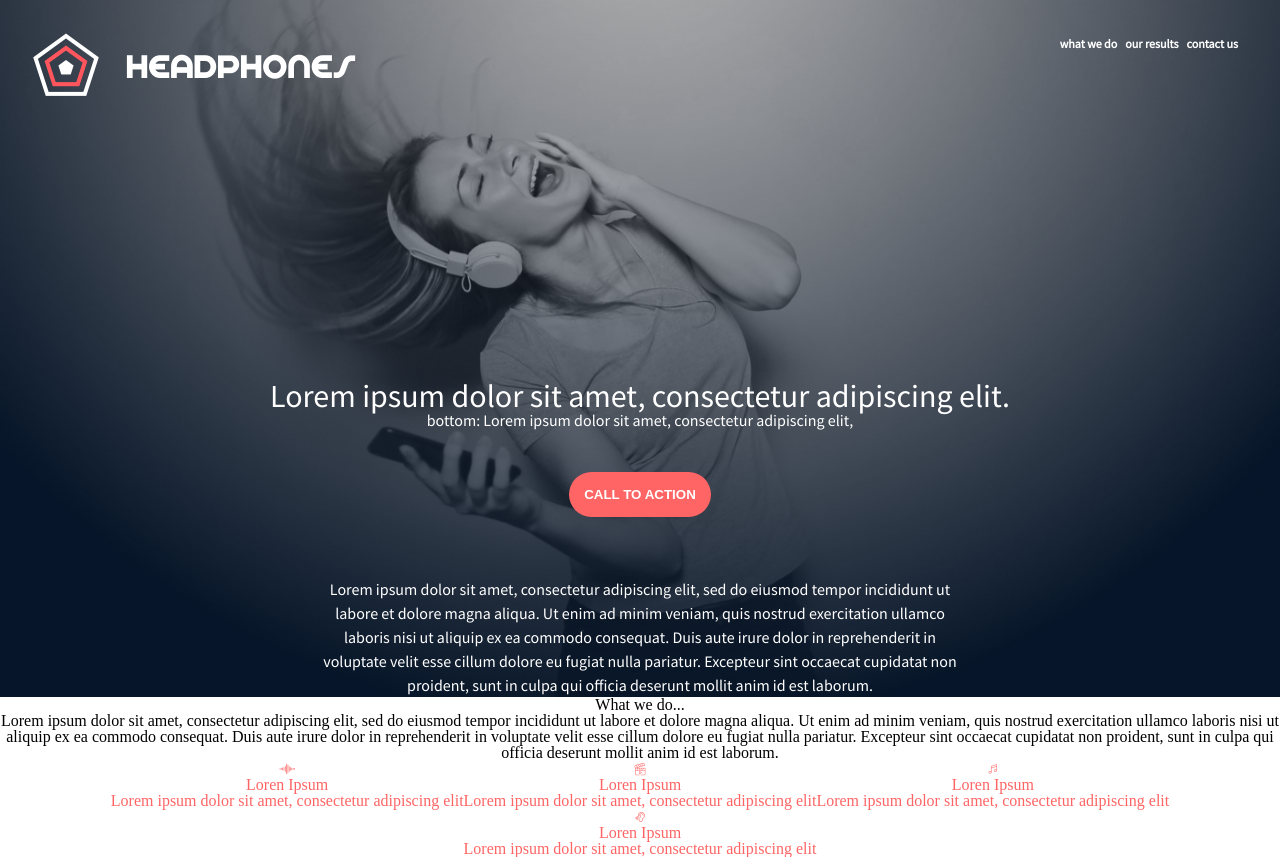
Repository: seleniadelgado/holbertonschool-web_front_end
Page: 0x09-implement_a_design_from_scratch/1-index.html
These files come from the project's save history. The page is drawn as it stood at one moment and after the next save; the edit follows.
The browser window is 1280 px wide. The pictures show the whole page.

Above is the page before, as saved 2020-03-19 15:47:53.

### 0x09-implement_a_design_from_scratch/1-index.html
<!DOCTYPE <!DOCTYPE html>
<head>
    <meta charset="utf-8">
    <title>Headphones</title>
    <meta name="description" content="">
    <meta name="viewport" content="width=device-width, initial-scale=1">
    <link rel="stylesheet" href="1-styles.css">
    <link rel="stylesheet" href="reset.css">
    <link rel="stylesheet" href="./holberton_school-icon/style.css">
    <link href="https://fonts.googleapis.com/css?family=Source+Sans+Pro&display=swap" rel="stylesheet">
</head>
<body>
<!-- nav bar -->
    <header>
        <div class="firstdiv">
            <nav>
                <input type="checkbox" id="menu">
                <label for="menu" id="nav-icon"></label>
                <div class="logo"><img href="active" href="#home"><img src="./images/logo_headphones.png" alt="logo"></a></div>
                <div class="main-nav">
                    <ul class="nav-header">
                        <li><a href="#what-we-do">what we do</a></li>
                        <li><a href="#our-results">our results</a></li>
                        <li><a href="#contact-us">contact us</a></li>
                    </ul>
                </div>
            </nav>
        </div>
<!-- Content -->
        <div class="seconddiv">
            <div class="text">
                <h1>Lorem ipsum dolor sit amet, consectetur adipiscing elit.</h1>
                <p>bottom: Lorem ipsum dolor sit amet, consectetur adipiscing elit, </p>
            </div>
        </div>
        <div class="thirddiv">
        <button id="button">CALL TO ACTION</button>
        <p class="longParagraph">Lorem ipsum dolor sit amet, consectetur adipiscing elit, sed do eiusmod tempor incididunt ut labore et dolore magna aliqua.
            Ut enim ad minim veniam, quis nostrud exercitation ullamco laboris nisi ut aliquip ex ea commodo consequat.
            Duis aute irure dolor in reprehenderit in voluptate velit esse cillum dolore eu fugiat nulla pariatur. Excepteur sint occaecat cupidatat non proident,
            sunt in culpa qui officia deserunt mollit anim id est laborum.</p>
            </div>
        </div>
    </div>
    </header>
    <div class="content">
        <h1>What we do...</h1>
        <p> Lorem ipsum dolor sit amet, consectetur adipiscing elit, sed do eiusmod tempor incididunt ut labore et dolore magna aliqua.
            Ut enim ad minim veniam, quis nostrud exercitation ullamco laboris nisi ut aliquip ex ea commodo consequat.
            Duis aute irure dolor in reprehenderit in voluptate velit esse cillum dolore eu fugiat nulla pariatur. Excepteur sint occaecat cupidatat non proident,
            sunt in culpa qui officia deserunt mollit anim id est laborum.
        </p>
        <div class="grid">
            <div class="item">
                <div class="item holberton_school-icon-ic_sound"></div>
                <h6>Loren Ipsum</h6>
                <p>Lorem ipsum dolor sit amet, consectetur adipiscing elit</p>
            </div>
            <div class="item">
                <div class="item holberton_school-icon-ic_video"></div>
                <h6>Loren Ipsum</h6>
                <p>Lorem ipsum dolor sit amet, consectetur adipiscing elit</p>
            </div>
            <div class="item">
                <div class="item holberton_school-icon-ic_music"></div>
                <h6>Loren Ipsum</h6>
                <p>Lorem ipsum dolor sit amet, consectetur adipiscing elit</p>
            </div>
            <div class="item">
                <div class="item holberton_school-icon-ic_hearing"></div>
                <h6>Loren Ipsum</h6>
                <p>Lorem ipsum dolor sit amet, consectetur adipiscing elit</p>
            </div>

        </div>
    </div>





    </body>
</html>

### 0x09-implement_a_design_from_scratch/1-styles.css

:root {
    --font-size-sm: 12px;
    --font-size-md: 16px;
    --font-size-lg: 32px;
    --font-size-button: 14px;
    --color-primary-red: #FF6565;
    --color-body-white: white;
    --font-family: 'Source Sans Pro', sans-serif;
}
/* header */
header {
    width: 100%;
    background: transparent;
    position: relative;
    color: var(--color-body-white);
    background-image: url("images/headphones_hero_1.jpg");
    background-repeat: no-repeat;
    background-size: cover;
    font-family: var(--font-family);
}
header .firstdiv {
    justify-content: space-between;
    align-content: space-between;
    padding: 2rem;
    flex-wrap: wrap;
}
header .firstdiv nav {
    width: 100%;
    display: flex;
    justify-content: space-between;
    align-content: space-between;
    position: relative;
}
a {
    margin: auto 1.25rem;
    color: var(--color-body-white);
    text-decoration: none;
    font-family: var(--font-family);
}
a:hover, a:active {
    color: var(--color-primary-red)
}
#menu {
    display: none;
    position: absolute;
}
#nav-icon {
    display: none;
    position: absolute;
}
.logo {
    float: left;
}

.nav-header {
    display: inline-flex;
    margin: auto 0;
    list-style-type: none;
    font-size: var(--font-size-sm);
    font-weight: bolder;
    font-family: var(--font-family);
}
.main-nav ul {
    border: 6px transparent solid;
    justify-content: space-between;
}
.main-nav ul li a {
    border: 4px transparent solid;
    font-family: var(--font-family);

}

/* nav */
.seconddiv {
    text-align: center;
}
.thirddiv {
    text-align: center;
}
/*text */
.text {
    padding-top: 20%;
    text-align: center;
    line-height: 28px;
}
.text h1 {
    font-size: 24px;
}

/* button */
#button {
    padding: 15px;
    margin-top: 40px;
    margin-bottom: 60px;
    border-radius: 4em;
    background-color: #FF6565;
    box-shadow: black;
    border-style: none;
    color: var(--color-body-white);
    font-weight: bolder;
}
#button:hover {
    opacity: 0.9;
}
/* end button */
/* start longparagraph */
.longParagraph {
    display: flex;
    text-align: center;
    margin: 0% 25% 0% 25%;
    line-height: 24px;
    font-family: var(--font-family);
    font-size: var(--font-size-md);
}

/* end longparagraph */
/* media query for screens less than 480px */
@media (max-width: 480px)
{
    header nav {
      flex-direction: column;
      align-items: center;
    }
    .logo {
      width: 50%;
      height: auto;
    }
    .nav-header {
      display: none;
      width: 100%;
      flex-direction: column;
      margin: 1rem auto;
      text-align: center;
      font-weight: bold;
      font-size: var(--font-size-btn);
      float: right;
      display: inline-flex;
      margin-right: 10%;
    }
    .nav-header li {
      width: 100%;
      margin: 0.5rem auto;
      padding-right: 50px;
      font-family: var(--font-family);
    }
    #nav-icon {
        background: var(--color-body-white);
        height: 2px;
        width: 13px;
        position: absolute;
        left: 1rem;
        top: 18px;
        display: block;
    }

    #nav-icon::before {
        content: "";
        background: var(--color-body-white);
        height: 2px;
        width: 20px;
        position: relative;
        top: -0.4rem;
        display: block;
        transition: all 0.2s ease;
    }

    #nav-icon::after {
        content: "";
        background: var(--color-body-white);
        height: 2px;
        width: 18px;
        position: relative;
        top: 0.3rem;
        display: block;
        transition: all 0.2s ease;
    }

    #menu:checked ~ .nav-header {
        display: inline-flex;
    }

    #menu:checked ~ #nav-icon {
        background: transparent;
    }

    #menu:checked ~ #nav-icon::before {
        transform: rotate(45deg);
        top: 3px;
        margin: auto;
    }

    #menu:checked ~ #nav-icon::after {
        width: 20px;
        transform: rotate(-45deg);
        top: 1px;
        margin: auto;
    }
}
.text {
    font-family: var(--font-family);
    line-height: 24px;
}
.text h1 {
    font-size: var(--font-size-lg);
}
.text p {
    font-size: var(--font-size-md);
}
/* menu btn ends */
.content {
    display: grid;
    text-align: center;
}
.grid {
    display: flex;
    flex-wrap: wrap;
    justify-content: center;
}
.item {
    color: var(--color-primary-red);
}

### 0x09-implement_a_design_from_scratch/holberton_school-icon/style.css
@font-face {
  font-family: 'holberton_school-icon';
  src:  url('fonts/holberton_school-icon.eot?sq4eq4');
  src:  url('fonts/holberton_school-icon.eot?sq4eq4#iefix') format('embedded-opentype'),
    url('fonts/holberton_school-icon.ttf?sq4eq4') format('truetype'),
    url('fonts/holberton_school-icon.woff?sq4eq4') format('woff'),
    url('fonts/holberton_school-icon.svg?sq4eq4#holberton_school-icon') format('svg');
  font-weight: normal;
  font-style: normal;
  font-display: block;
}

[class^="holberton_school-icon-"], [class*=" holberton_school-icon-"] {
  /* use !important to prevent issues with browser extensions that change fonts */
  font-family: 'holberton_school-icon' !important;
  speak: none;
  font-style: normal;
  font-weight: normal;
  font-variant: normal;
  text-transform: none;
  line-height: 1;

  /* Better Font Rendering =========== */
  -webkit-font-smoothing: antialiased;
  -moz-osx-font-smoothing: grayscale;
}

.holberton_school-icon-arrow_1:before {
  content: "\e900";
}
.holberton_school-icon-arrow_2:before {
  content: "\e901";
}
.holberton_school-icon-arrow_3:before {
  content: "\e902";
}
.holberton_school-icon-arrow_4:before {
  content: "\e903";
}
.holberton_school-icon-arrow_5:before {
  content: "\e904";
}
.holberton_school-icon-check:before {
  content: "\e905";
}
.holberton_school-icon-ic_bag:before {
  content: "\e906";
}
.holberton_school-icon-ic_cart:before {
  content: "\e907";
}
.holberton_school-icon-ic_facebook:before {
  content: "\e908";
}
.holberton_school-icon-ic_hearing:before {
  content: "\e909";
}
.holberton_school-icon-ic_instagram:before {
  content: "\e90a";
}
.holberton_school-icon-ic_laptop:before {
  content: "\e90b";
}
.holberton_school-icon-ic_money:before {
  content: "\e90c";
}
.holberton_school-icon-ic_music:before {
  content: "\e90d";
}
.holberton_school-icon-ic_sound:before {
  content: "\e90e";
}
.holberton_school-icon-ic_twitter:before {
  content: "\e90f";
}
.holberton_school-icon-ic_video:before {
  content: "\e910";
}
.holberton_school-icon-menu:before {
  content: "\e911";
}
.holberton_school-icon-search_1:before {
  content: "\e912";
}
.holberton_school-icon-search_2:before {
  content: "\e913";
}
.holberton_school-icon-star:before {
  content: "\e914";
}

Loaded but not shown: 0x09-implement_a_design_from_scratch/reset.css (common file)

After the next save:
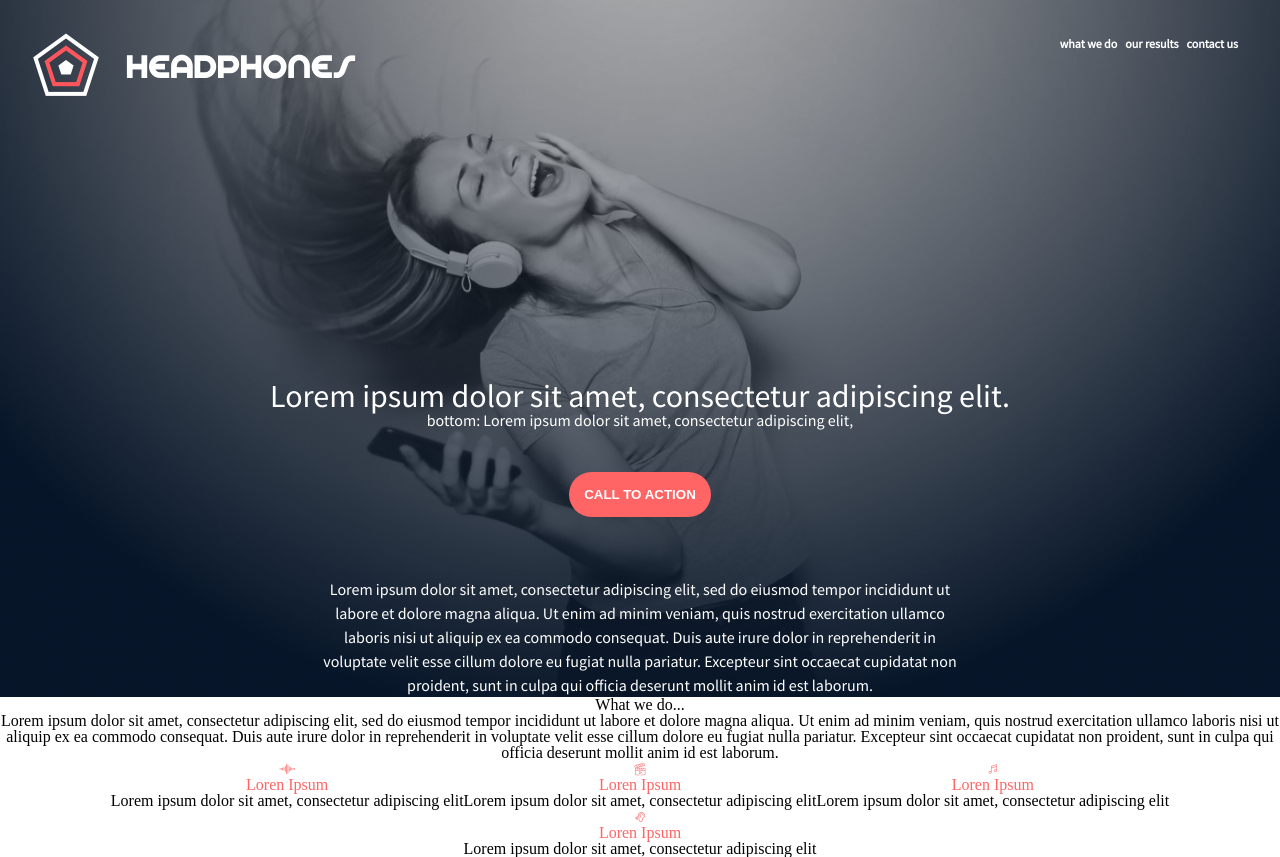
Saved 15 s later.
--- a/0x09-implement_a_design_from_scratch/1-styles.css
+++ b/0x09-implement_a_design_from_scratch/1-styles.css
@@ -219,4 +219,7 @@
 }
 .item {
     color: var(--color-primary-red);
-}
+    p{
+        color: black;
+    }
+}
